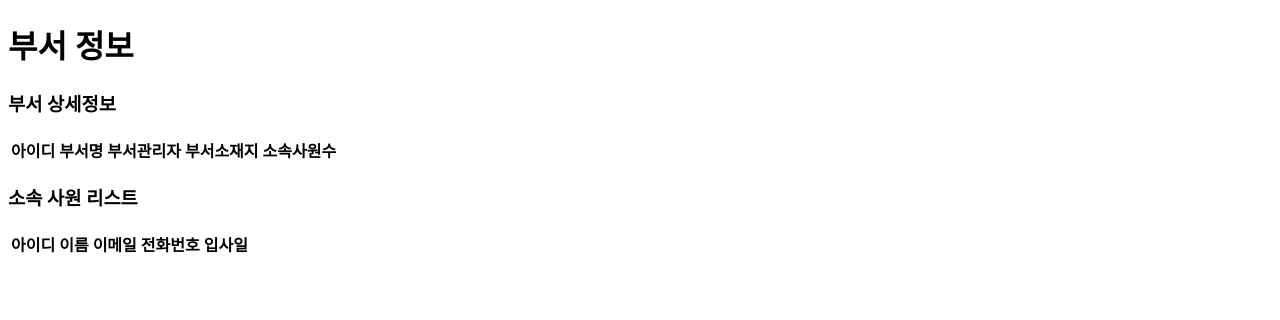
Repository: benpark0613/basic
Page: http://localhost/sample/hr/dept/detail.jsp
An editor plug-in stored every save of this project. The page is shown before and after the next save, followed by the edit.
The browser window is 1280 px wide. The pictures show the whole page.
The page is served by Tomcat 9.

Above is the page before, as saved 2021-11-10 03:12:54.

After the next save:
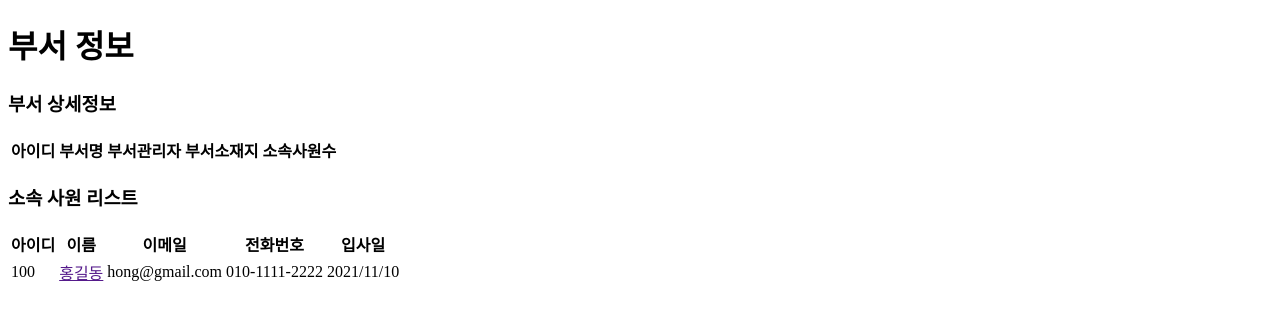
Saved 113 s later.
--- a/HR_app/sample/src/main/webapp/hr/dept/detail.jsp
+++ b/HR_app/sample/src/main/webapp/hr/dept/detail.jsp
@@ -33,6 +33,15 @@
 				<th>입사일</th>
 			</tr>
 		</thead>
+		<tbody>
+			<tr>
+				<td>100</td>
+				<td><a href="">홍길동</a></td>
+				<td>hong@gmail.com</td>
+				<td>010-1111-2222</td>
+				<td>2021/11/10</td>
+			</tr>
+		</tbody>
 	</table>
 </body>
 </html>
